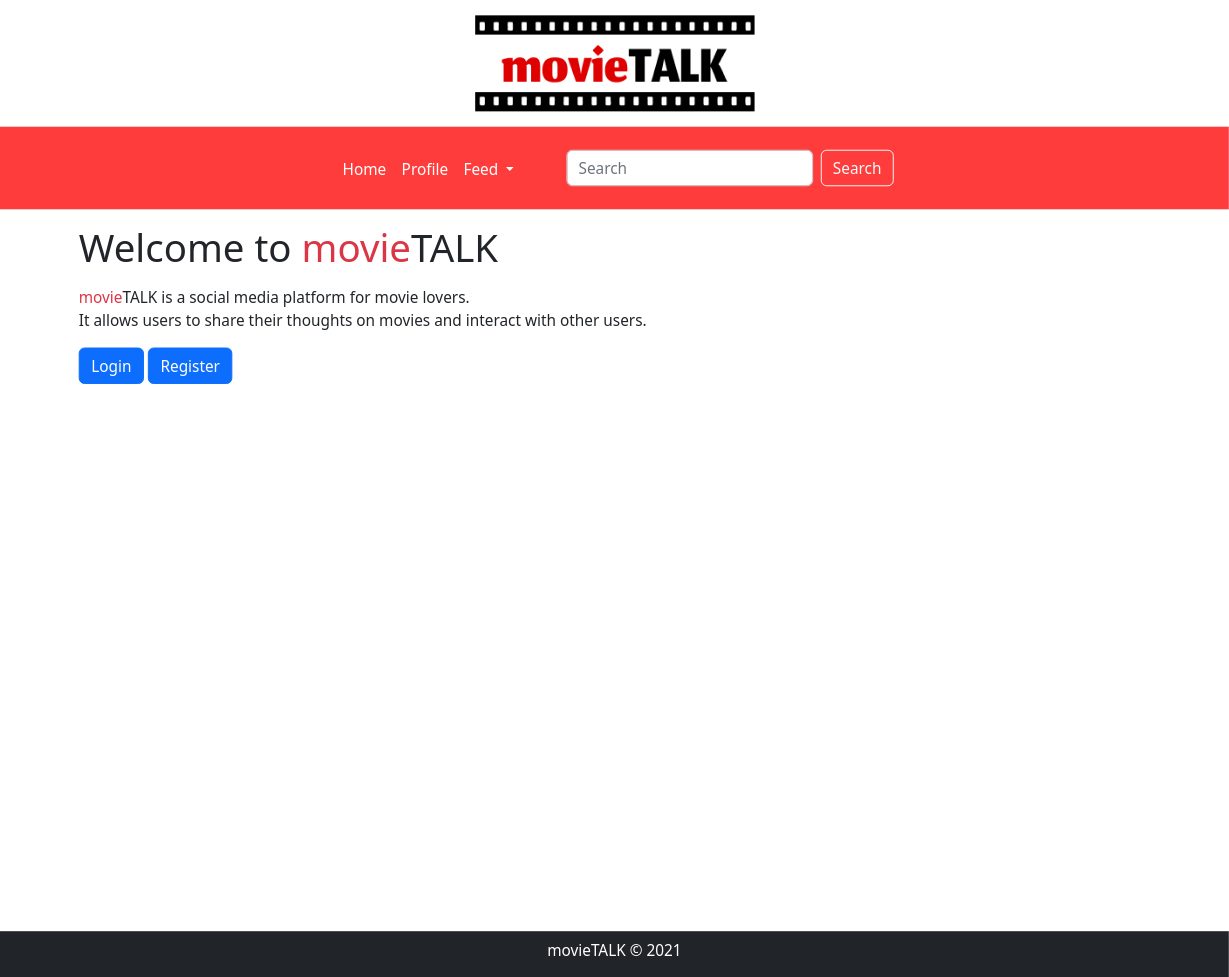
Repository: runeunhjem/css-frameworks-ca
Page: index.html
These files come from the project's save history. The page is drawn as it stood at one moment and after the next save; the edit follows.
The browser window is 1280 px wide. The pictures show the whole page, at 96% of full size.
Some web libraries are served in a nearby version. The style sheet was rebuilt from its Sass, Less or Tailwind sources for each picture, by a compiler version that may differ from the author's.

Above is the page before, as saved 2023-08-24 15:55:29.

After the next save:
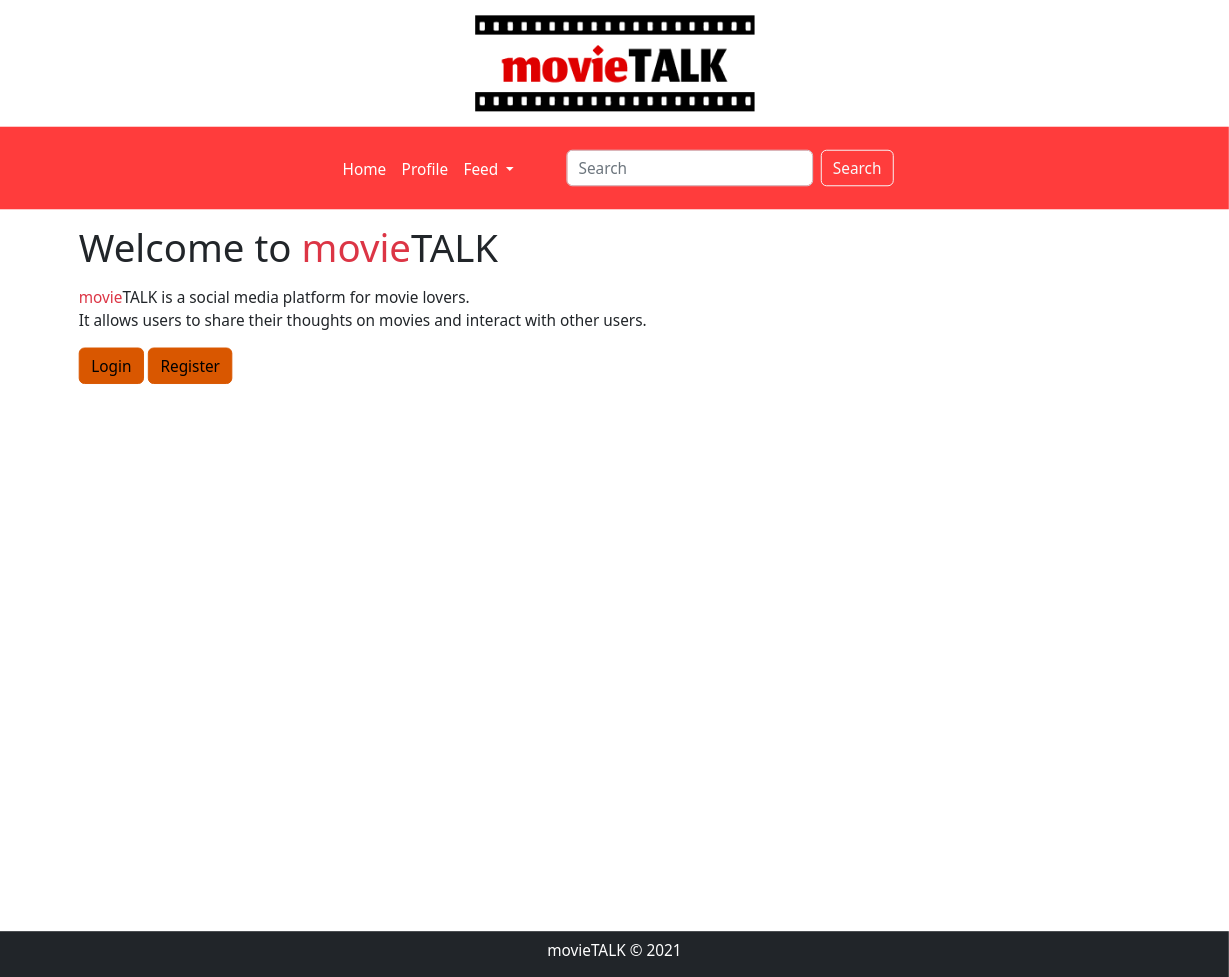
Saved 38 s later.
--- a/src/scss/_variables.scss
+++ b/src/scss/_variables.scss
@@ -2,6 +2,6 @@
 // $body-color: #111;
 
 
-// $primary: #d95700;
+$primary: #d95700;
 // $danger: #a10d64;
 // $light: #db7f7f;
